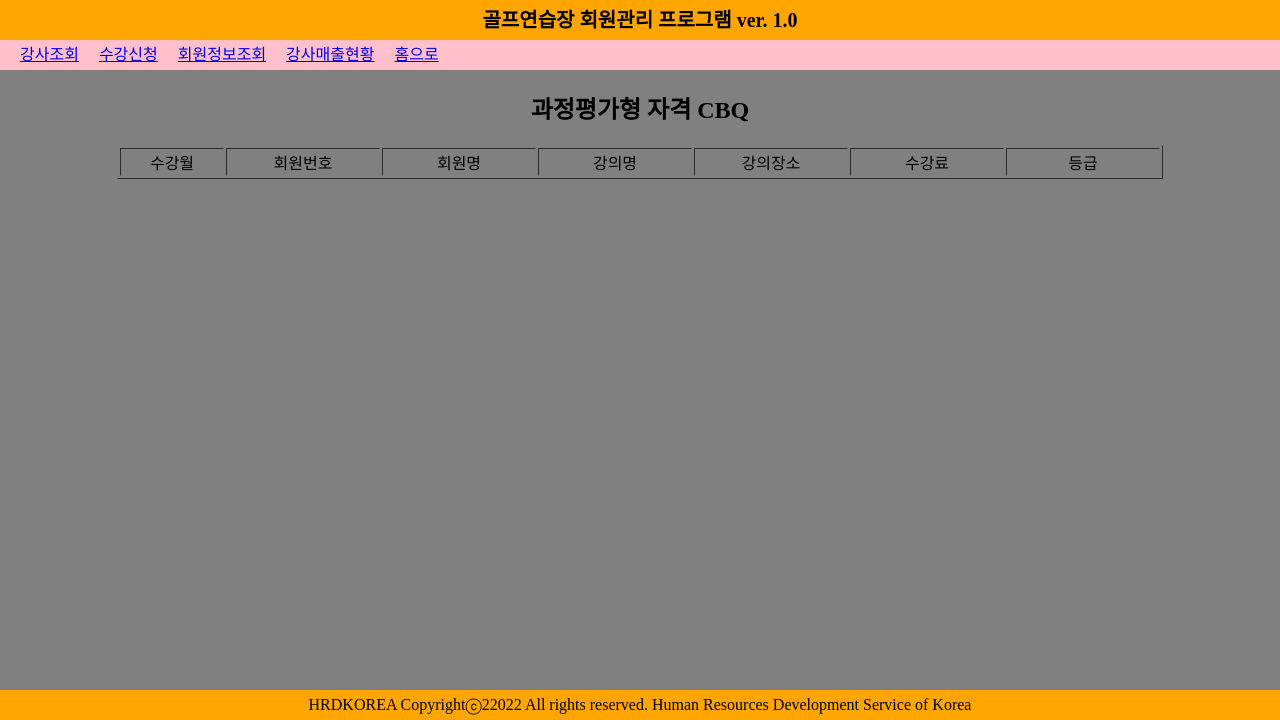
Repository: leesuyeon116/HRD_3
Page: http://localhost/HRD_0505/mlist.jsp
An editor plug-in stored every save of this project. The page is shown before and after the next save, followed by the edit.
The browser window is 1280 px wide. The pictures show the whole page.
The page is served by Tomcat 9.

Above is the page before, as saved 2024-05-05 13:00:26.

After the next save:
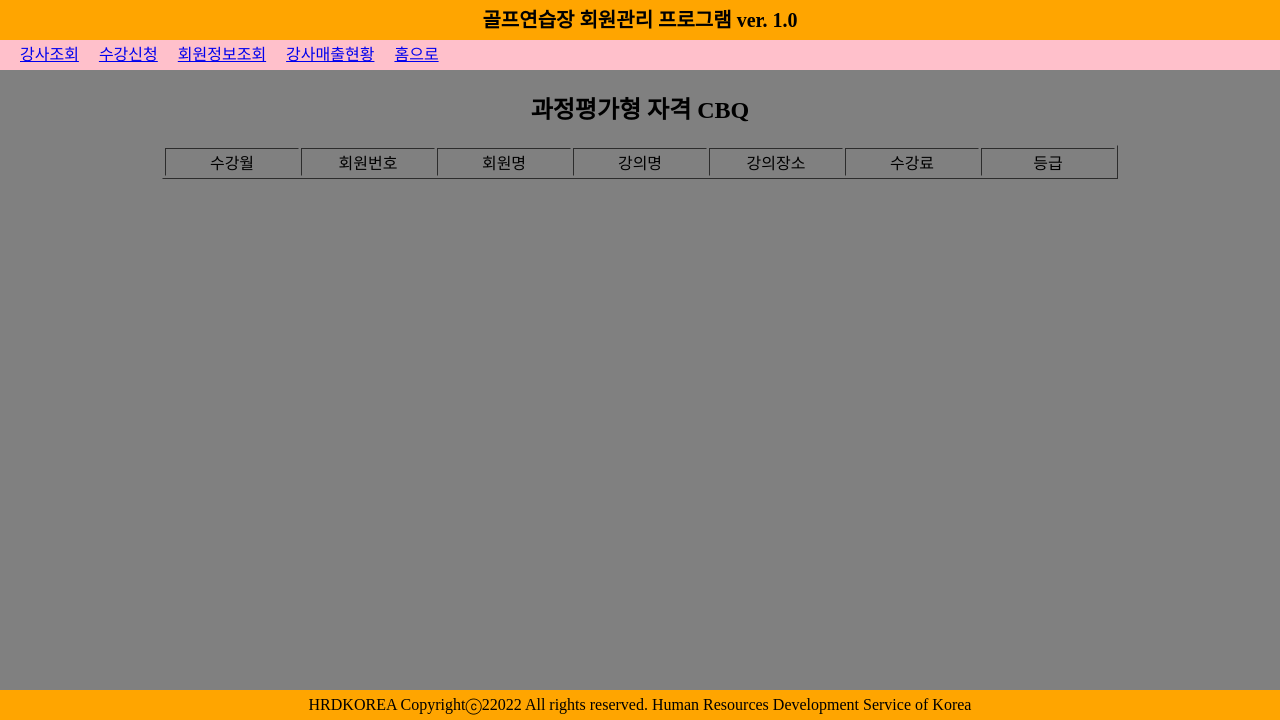
Saved 15 s later.
--- a/workspace/HRD_0505/src/main/webapp/mlist.jsp
+++ b/workspace/HRD_0505/src/main/webapp/mlist.jsp
@@ -14,13 +14,13 @@
 	<form style="display: flex; align-items: center; justify-content: center; text-align: center">
 		<table border="1">
 			<tr>
-				<td style="width: 100px">수강월</td>
-				<td style="width: 150px">회원번호</td>
-				<td style="width: 150px">회원명</td>
-				<td style="width: 150px">강의명</td>
-				<td style="width: 150px">강의장소</td>
-				<td style="width: 150px">수강료</td>
-				<td style="width: 150px">등급</td>
+				<td style="width: 130px">수강월</td>
+				<td style="width: 130px">회원번호</td>
+				<td style="width: 130px">회원명</td>
+				<td style="width: 130px">강의명</td>
+				<td style="width: 130px">강의장소</td>
+				<td style="width: 130px">수강료</td>
+				<td style="width: 130px">등급</td>
 			</tr>
 
 			<%
